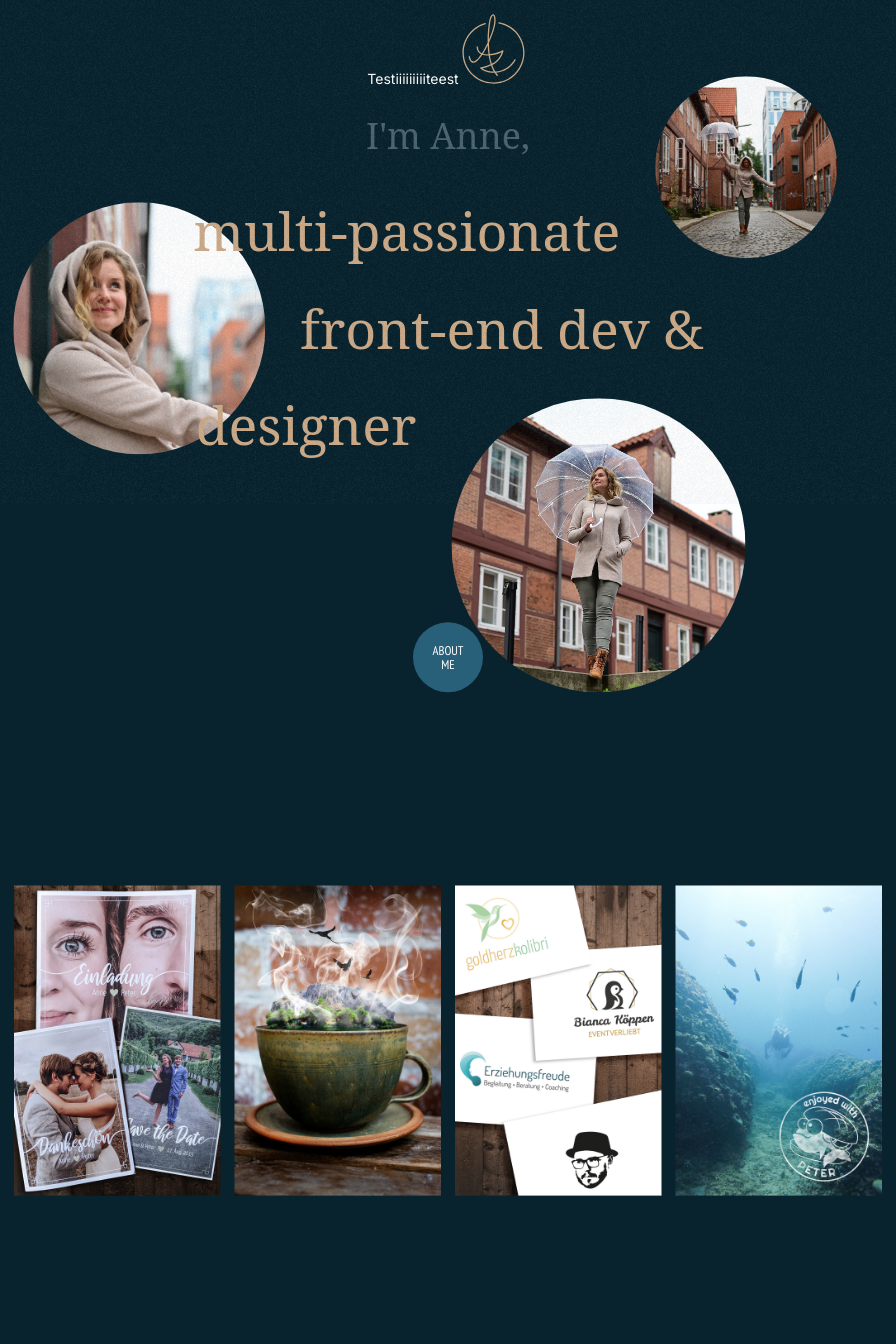
Repository: azwick/zwicki
Page: /
The author's editor kept a copy of each file at every save. The page is drawn from the files as they stood at one save, then again after the next save.
The browser window is 1280 px wide. The pictures show the part of the page from y = 0 to 1920 px (the page is 3947 px tall), at 70% of full size.
The project was rebuilt for these pictures with package versions that can differ from the ones it lists, and the page was loaded fresh each time. The framework's server and built-in components were replaced by stand-ins that run in the browser. Also part of the build but not shown: next.config.js.

Above is the page before, as saved 2024-01-16 17:39:31.

### src/app/layout.tsx
import type { Metadata } from 'next'
import { Inter } from 'next/font/google'
import './globals.css'
import Header from '@/components/Header'
import Footer from '@/components/Footer'
import styles from './page.module.css'

const inter = Inter({ subsets: ['latin'] })

export const metadata: Metadata = {
  title: 'Create Next App',
  description: 'Generated by create next app',
}

export default function RootLayout({
  children,
}: {
  children: React.ReactNode
}) {
  return (
    <html lang="en">
      <body className={inter.className}>
      <div className={styles.page}>
          <div className="noise"></div>
          <Header />
          {children}
          <Footer />
      </div>
        </body>
    </html>
  )
}

### src/app/page.tsx
import Head from 'next/head'

import Image from 'next/image'
import styles from './page.module.css'


export default function Home() {

  const Iframex = ({ url, title } : any) => {
    return (
        <iframe className="iframe" src={url}
            title={title}
            allow="accelerometer; ambient-light-sensor; camera; encrypted-media; geolocation; gyroscope; hid; microphone; midi; payment; usb; vr; xr-spatial-tracking"
            sandbox="allow-forms allow-modals allow-popups allow-presentation allow-same-origin allow-scripts"
            loading="lazy"
        ></iframe>
    );
  }

  return (
    <>
      <Head>
        <title>Zwickermann</title>
            <meta name="keywords" content="front-end design, design, designer, designerin, grafik design, illustration, corporate design, cd, corporate identity, wedding, wedding design, diving stamps, frontend-development, development, front-end development, dev, developer, Anne Debora Zimmermann-Zwick, Anne Zwickermann, Anne Debora" />
      </Head>
      <main className={styles.main}>
          <div className={styles.intro}>
              <h2 className={styles.introSubline}>I'm Anne,</h2>
              <h1 className={styles.introMobile}>multi-passionate <br/> front-end dev & <br/> designer</h1>

              <div className={styles.introRow1}>
                  <h1>multi-passionate</h1>
                  <Image className={styles.introParaImg} src={'/anne-zwickermann-1.jpg'} alt={'Anne'} height={260} width={260} />
              </div>
              <div className={styles.introRow2}>
                  <Image className={styles.introParaImg} src={'/anne-zwickermann-2.jpg'} alt={'Anne'} height={360} width={360} />
                  <h1>front-end dev &amp;</h1>
              </div>
              <div className={styles.introRow3}>
                <h1>designer</h1>
                <Image className={styles.introParaImg} src={'/anne-zwickermann-3.jpg'} alt={'Anne'} height={420} width={420} />
              </div>
              <a className="primary" href="https://www.linkedin.com/in/anne-debora-zimmermann-184bb4142/" title="Linkedin CV" target="_blank">
                  About <br/> Me
              </a>
          </div>


          <div className={styles.design}>
            <div className={styles.designGrid}>
              <div>
                  <img src="/az-corporate-design.jpg" title="Wedding Corporate Design" alt="Wedding Corporate Design" />
              </div>
              <div>
                  <img src="/az-picture-factory.jpg" title="Photoshop Magic" alt="Photoshop Magic" />
              </div>
              <div>
                  <img src="/az-logos.jpg" title="Logo Design" alt="Logo Design" />
              </div>
              <div>
                  <img src="/az-diving-stamps.jpg" title="Diving Stamps" alt="Diving Stamps" />
              </div>
            </div>

            <a className="primary" href="/az-portfolio.pdf" title="UNSPLASH Profile" target="_blank">
                Design <br/>Portfolio
            </a>
            <div className={styles.designQuote}>
                  <h2>"Design is thinking <br/> made visual."</h2>
                  <h3>Saul Bass</h3>
            </div>
          </div>

          <div className={styles.dev}>
            <div className={styles.devGrid}>
              <div>
                  <Iframex
                      url="https://codesandbox.io/embed/1-todo-list-s34v4?fontsize=14&hidenavigation=1&module=%2Fsrc%2FToDoApp.tsx&theme=dark"
                      title="To-Do List (React + Typescript)"
                  />
              </div>
              <div>
                  <Iframex
                    url="https://codesandbox.io/embed/2-github-user-search-n9wm9?fontsize=14&module=%2Fsrc%2FGitHubApp.tsx&theme=dark"
                    title="Github User Search (React + Typescript)"
                />
              </div>
            </div>
            <a className="primary" href="https://github.com/azwick" title="GitHub Profile" target="_blank">
                Coding <br/> Playground
            </a>
            <div className={styles.devQuote}>
                  <h2>„Be willing to be a beginner every <br/>  single morning“</h2>
                  <h3>Meister Eckhart</h3>
            </div>
          </div>
      </main>
    </>
  )
}

### src/app/globals.css
@import url('https://fonts.googleapis.com/css2?family=Noto+Serif&family=PT+Sans+Narrow:wght@400;700&display=swap');

* {
  box-sizing: border-box;
}

:root {
  --maxWidth: 100%;
  --maxContentWidth: 1900px;
  --spacing: 20px;

  --headlineFont: 'Noto Serif', serif;
  --textFont: 'PT Sans Narrow', sans-serif;

  --textColor01: #cdab88;
  --textColor02: #4a6470;
  --color01: #296079;
  --bgColor: #08232e;

  --column-gutter: 15px;
  --row-gutter: 15px;
}

html,
body {
  padding: 0;
  margin: 0;
  font-family: var(--textFont);
  color: white;
  line-height: 1.5;
  font-size: 20px;
  background-color: var(--bgColor);
  overflow-x: hidden;
}

/* Background styling*/
.noise {
  position: fixed;
  z-index: 9000;
  pointer-events: none;
  top: 0;
  opacity: 0.75;
  left: 0;
  width: 100vw;
  height: 100vh;
  background: url(/bg-noise.png);
  background-repeat: repeat;
  background-position: top left;
}

img {
  max-width: 100%;
}

a {
  color: inherit;
  text-decoration: none;

  position: relative;
  z-index: 20;
}

a.primary {
  font-family: var(--textFont);
  text-decoration: none;
  text-transform: uppercase;
  display: inline-flex;
  justify-content: center;
  align-items: center;
  align-self: center;
  text-align: center;
  background: var(--color01);
  color: white;
  border-radius: 50%;
  font-size: 0.8em;
  line-height: 1.2;
  margin: 20px;

  max-height: 150px;
  max-width: 150px;
  min-height: 100px;
  min-width: 100px;
  width: 5vw;
  height: 5vw;

  transition: background-color 0.5s;
}
a.primary:hover {
	animation: pulse 2s infinite;
  background-color: var(--textColor01);
}
@keyframes pulse {
	0% {
		box-shadow: 0 0 0 0 rgba(205, 171, 136, 0.7);
	}

	70% {
		box-shadow: 0 0 0 30px rgba(205, 171, 136,  0);
	}

	100% {
		box-shadow: 0 0 0 0 rgba(205, 171, 136, 0);
	}
}
@media (min-width: 960px) {
  a.primary {
    font-size: 0.9em;
  }
}

ul {
  list-style: none;
  padding: 0;
  margin: 0;
}

h1, h2, h3, h4 {
  position: relative;
  z-index: 10;
  font-weight: normal;
}


h1 {
  font-family: var(--headlineFont);
  font-size: clamp(40px, 6vw, 150px);
  line-height: 1.2;
  color: var(--textColor01);
  margin: 0;
}

h2 {
  font-family: var(--headlineFont);
  font-size: clamp(34px, 4vw, 80px);
  line-height: 1.2;
  color: var(--textColor01);
  margin: 0 0 30px 0;
}

h3 {
  font-family: var(--headlineFont);
  font-size: clamp(22px, 2vw, 45px);
  line-height: 1;
  color: var(--textColor02);
  margin: 0;
}

h4 {
  font-family: var(--textFont);
  font-size: 1.2em;
  margin: 0;
  line-height: 0;
  text-transform: uppercase;
  color: var(--bgColor);
}

.wrapper {
  max-width: var(--maxContentWidth);
  width: 100%;
  margin: 0 auto 0 auto;
}

.notFound {
  display: flex;
  flex-direction: column;
  flex: 1;
  text-align: center;
  justify-content: center;
}

.iframe {
  width: 100%;
  height: 500px;
  border: 0;
}
@media (min-width: 768px) {
  .iframe {
    height: 600px;
  }
}


/* :root {
  --max-width: 1100px;
  --border-radius: 12px;
  --font-mono: ui-monospace, Menlo, Monaco, 'Cascadia Mono', 'Segoe UI Mono',
    'Roboto Mono', 'Oxygen Mono', 'Ubuntu Monospace', 'Source Code Pro',
    'Fira Mono', 'Droid Sans Mono', 'Courier New', monospace;

  --foreground-rgb: 0, 0, 0;
  --background-start-rgb: 214, 219, 220;
  --background-end-rgb: 255, 255, 255;

  --primary-glow: conic-gradient(
    from 180deg at 50% 50%,
    #16abff33 0deg,
    #0885ff33 55deg,
    #54d6ff33 120deg,
    #0071ff33 160deg,
    transparent 360deg
  );
  --secondary-glow: radial-gradient(
    rgba(255, 255, 255, 1),
    rgba(255, 255, 255, 0)
  );

  --tile-start-rgb: 239, 245, 249;
  --tile-end-rgb: 228, 232, 233;
  --tile-border: conic-gradient(
    #00000080,
    #00000040,
    #00000030,
    #00000020,
    #00000010,
    #00000010,
    #00000080
  );

  --callout-rgb: 238, 240, 241;
  --callout-border-rgb: 172, 175, 176;
  --card-rgb: 180, 185, 188;
  --card-border-rgb: 131, 134, 135;
}

@media (prefers-color-scheme: dark) {
  :root {
    --foreground-rgb: 255, 255, 255;
    --background-start-rgb: 0, 0, 0;
    --background-end-rgb: 0, 0, 0;

    --primary-glow: radial-gradient(rgba(1, 65, 255, 0.4), rgba(1, 65, 255, 0));
    --secondary-glow: linear-gradient(
      to bottom right,
      rgba(1, 65, 255, 0),
      rgba(1, 65, 255, 0),
      rgba(1, 65, 255, 0.3)
    );

    --tile-start-rgb: 2, 13, 46;
    --tile-end-rgb: 2, 5, 19;
    --tile-border: conic-gradient(
      #ffffff80,
      #ffffff40,
      #ffffff30,
      #ffffff20,
      #ffffff10,
      #ffffff10,
      #ffffff80
    );

    --callout-rgb: 20, 20, 20;
    --callout-border-rgb: 108, 108, 108;
    --card-rgb: 100, 100, 100;
    --card-border-rgb: 200, 200, 200;
  }
}

* {
  box-sizing: border-box;
  padding: 0;
  margin: 0;
}

html,
body {
  max-width: 100vw;
  overflow-x: hidden;
}

body {
  color: rgb(var(--foreground-rgb));
  background: linear-gradient(
      to bottom,
      transparent,
      rgb(var(--background-end-rgb))
    )
    rgb(var(--background-start-rgb));
}

a {
  color: inherit;
  text-decoration: none;
}

@media (prefers-color-scheme: dark) {
  html {
    color-scheme: dark;
  }
} */

### src/components/Header.tsx
import Head from 'next/head'
// import Link from 'next/link'
import { Logo } from './Icons'
// import { useRouter } from "next/router";
import styles from '../app/page.module.css'

const Header = () => {
    // const router = useRouter();

    return (
        <>
            <Head>
                <link rel="icon" href="/favicon.ico" />
                <meta name="viewport" content="initial-scale=1.0, width=device-width" />
            </Head>

            <header className={styles.header}>
                Testiiiiiiiiiteest
                <div className={styles.logo}>
                    <a href="/">
                        <a>
                            <Logo />
                        </a>
                    </a>
                </div>
                {/* <nav>
                    <ul className={styles.navList}>
                        <li className={styles.navItem}><Link href="/"><a className={router.pathname == "/" ? styles.active : null}>Home</a></Link></li>
                        <li className={styles.navItem}><Link href="/about"><a className={router.pathname == "/about" ? styles.active : null}>About</a></Link></li>
                    </ul>
                </nav> */}
            </header>
        </>
     );
}
export default Header;

### src/app/page.module.css
.page {
  min-height: 100vh;
  display: flex;
  flex-direction: column;
  justify-content: center;
  align-items: center;
}

/* Main */

.main {
  flex: 1;
  width: 100%;
  max-width: var(--maxWidth);
  padding: var(--spacing);
}

/* Intro */

.heading {
  margin: 40px 0 100px;
  text-align: center;
  display: flex;
  flex-direction: column;
  align-items: center;
}

.quote {
  margin: 0;
  font-size: 20px;
}

.author {
  color: var(--textColor02);
  padding-top: 10px;
  display: inline-block;
}

.header {
  width: 100%;
  /* max-width: var(--maxWidth); */
  padding: 20px 50px 20px;
  text-align: center;
}
@media (min-width: 1400px) {
.header {
  padding: 60px 20px 100px 20px;
}
}

.logo {
  display: inline-flex;
  border-radius: 50%;
  overflow: hidden;
  line-height: 1;

  max-height: 150px;
  max-width: 150px;
  min-height: 100px;
  min-width: 100px;
  width: 5vw;
  height: 5vw;
}

.logo svg {
  max-width: 100%;
  height: 100%;
  fill: var(--textColor01);
}

/*
.navList {
  display: flex;
  font-size: 16px;
}

.navItem a {
  text-transform: uppercase;
  margin: 0 5px;
  padding: 4px 8px 3px;
  transition: background-color .2s ease-in-out;
}
@media (min-width: 640px) {
  .navItem a {
      margin: 0 10px;
  }
}
.navItem:first-child a {
  margin-left: 0;
}
.navItem:last-child a {
  margin-right: 0;
}

.navItem:hover a,
.active {
background: var(--color01);
}

.navItem a svg {
  width: 14px;
  height: 14px;
} */

/* ---------- 01 - INTRO ---------- */

.intro {
  display: flex;
  flex-direction: column;
  align-items: center;
}

.intro h1.introMobile {
  text-align: center;
  line-height: 1.4;
  margin-top: 10px;
  margin-bottom: 40px;
  display: block;
}
@media (min-width: 768px) {
  .intro h1.introMobile {
    display: none;
  }
}

.intro h1 {
  display: none;
}
@media (min-width: 768px) {
  .intro h1 {
    display: block;
    line-height: 1;
    margin: 0;
  }
}

.intro h2 {
  color: var(--textColor02);
  line-height: 1;
  margin: 0;
}

.introSubline {
  text-align: center;
}

.introImg {
  border-radius: 50%;
  overflow: hidden;
  line-height: 1;
}

.introParaImg {
  border-radius: 50%;
  overflow: hidden;
}

/* Row 1 */
.introRow1 {
  display: flex;
  align-items: flex-end;
  margin-right: -15vw;
  gap: 10px;
  line-height: 0;
}
@media (min-width: 640px) {
  .introRow1 {
    gap: 50px;
    height: 100px;
  }
}
@media (min-width: 960px) {
  .introRow1 {
    height: 150px;
  }
}
@media (min-width: 1900px) {
  .introRow1 {
    margin-right: -8vw;
    height: 200px;
  }
}

/* Row 2 */
.introRow2 {
  display: flex;
  align-items: center;
  margin: 0 0 0 -20vw;
  gap: 10px;
  line-height: 0;
}
@media (min-width: 640px) {
  .introRow2 {
    gap: 50px;
    height: 150px;
  }
}
@media (min-width: 960px) {
  .introRow2 {
    height: 200px;
  }
}
@media (min-width: 1400px) {
  .introRow2 {
    height: 250px;
  }
}

/* Row 3 */
.introRow3 {
  display: flex;
  align-items: flex-start;
  margin-right: -5vw;
  gap: 10px;
  line-height: 0;
}
@media (min-width: 640px) {
  .introRow3 {
    gap: 50px;
    height: 300px;
  }
}
.introRow3 .introPic {
  max-width: 37vw;
}

/* ---------- 02 - DESIGN ---------- */

.design {
  margin: 20vw 0;
  display: flex;
  flex-direction: column;
}
.designGrid {
  margin: 0 0 25vw 0;
}

@media (min-width: 768px) {
  .designGrid {
    display: flex;
    gap: var(--spacing);
    margin: 0 0 25vw 0;
  }
}

.designQuote {
  max-width: var(--maxContentWidth);
  width: 100%;
  margin: 0 auto;
  text-align: center;
}
@media (min-width: 768px) {
  .designQuote {
    text-align: right;
  }
}

/* ---------- 03 - DEV ---------- */

.dev {
  margin: 20vw 0 10vw;
  display: flex;
  flex-direction: column;
}

.devGrid {
  margin: 0 0 15vw 0;
}


@media (min-width: 768px) {
  .devGrid {
    display: flex;
    gap: var(--spacing);
    max-width: var(--maxContentWidth);
    margin: 0 auto 15vw auto;
    width: 100%;
  }
  .devGrid > div {
    width: 50%;
  }
}

.devQuote {
  max-width: var(--maxContentWidth);
  width: 100%;
  margin: 0 auto;
  text-align: center;
}


.list {
  display: flex;
  line-height: 1;
}

.item {
  margin-right: 10px;
}
.item:last-child {
  margin-right: 0;
}

.link svg {
  fill: var(--textColor02);
  transition: fill .2s ease-in-out;
}
.link:hover svg {
  fill: var(--color01);
}

.footer {
  max-width: var(--maxWidth);
  padding: var(--spacing);
  width: 100%;
  display: flex;
  justify-content: space-between;
  align-items: baseline;
}

.footer a:hover,
.active {
  color: var(--textColor02);
  transition: color .2s ease-in-out;
}

### src/components/SocialMedia.tsx
import {GitHubIcon, InstagramIcon, LinkedInIcon, TwitterIcon, XingIcon} from './Icons'
import styles from '../app/page.module.css'

const SocialMedia = () => {
    return (
        <nav>
              <ul className={styles.list}>
                  <li className={styles.item}>
                    <a className={styles.link} target="_blank" rel="noopener noreferrer" href="https://www.linkedin.com/in/anne-debora-zimmermann-184bb4142/">
                      <LinkedInIcon />
                    </a>
                  </li>
                <li className={styles.item}>
                    <a className={styles.link} target="_blank" rel="noopener noreferrer" href="https://www.xing.com/profile/AnneDebora_Zimmermann/">
                      <XingIcon />
                    </a>
                  </li>
                  <li className={styles.item}>
                    <a className={styles.link} target="_blank" rel="noopener noreferrer" href="https://github.com/azwick">
                      <GitHubIcon />
                    </a>
                  </li>
                  <li className={styles.item}>
                    <a className={styles.link} target="_blank" rel="noopener noreferrer" href="https://twitter.com/Mrs_Zwickermann">
                      <TwitterIcon />
                    </a>
                  </li>
                  <li className={styles.item}>
                    <a className={styles.link} target="_blank" rel="noopener noreferrer" href="https://www.instagram.com/zwickermanns_on_tour/">
                      <InstagramIcon />
                    </a>
                  </li>
              </ul>
            </nav>
     );
}

export default SocialMedia;

Loaded but not shown: src/components/Footer.js (17 lines, source omitted); src/components/Icons.tsx (71 lines, source omitted)

After the next save:
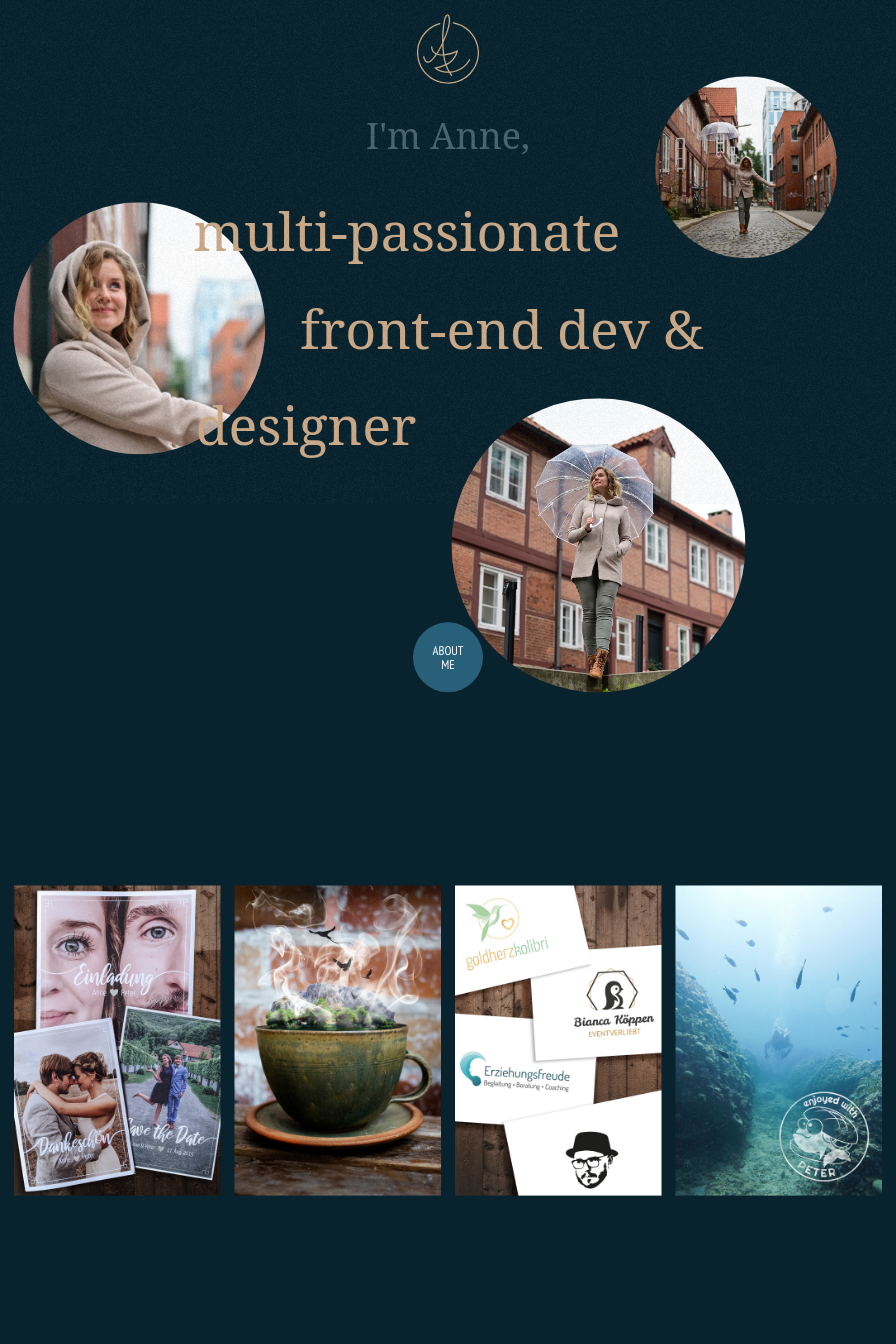
Saved 25 s later.
--- a/src/components/Header.tsx
+++ b/src/components/Header.tsx
@@ -15,7 +15,6 @@ const Header = () => {
             </Head>
 
             <header className={styles.header}>
-                Testiiiiiiiiiteest
                 <div className={styles.logo}>
                     <a href="/">
                         <a>
